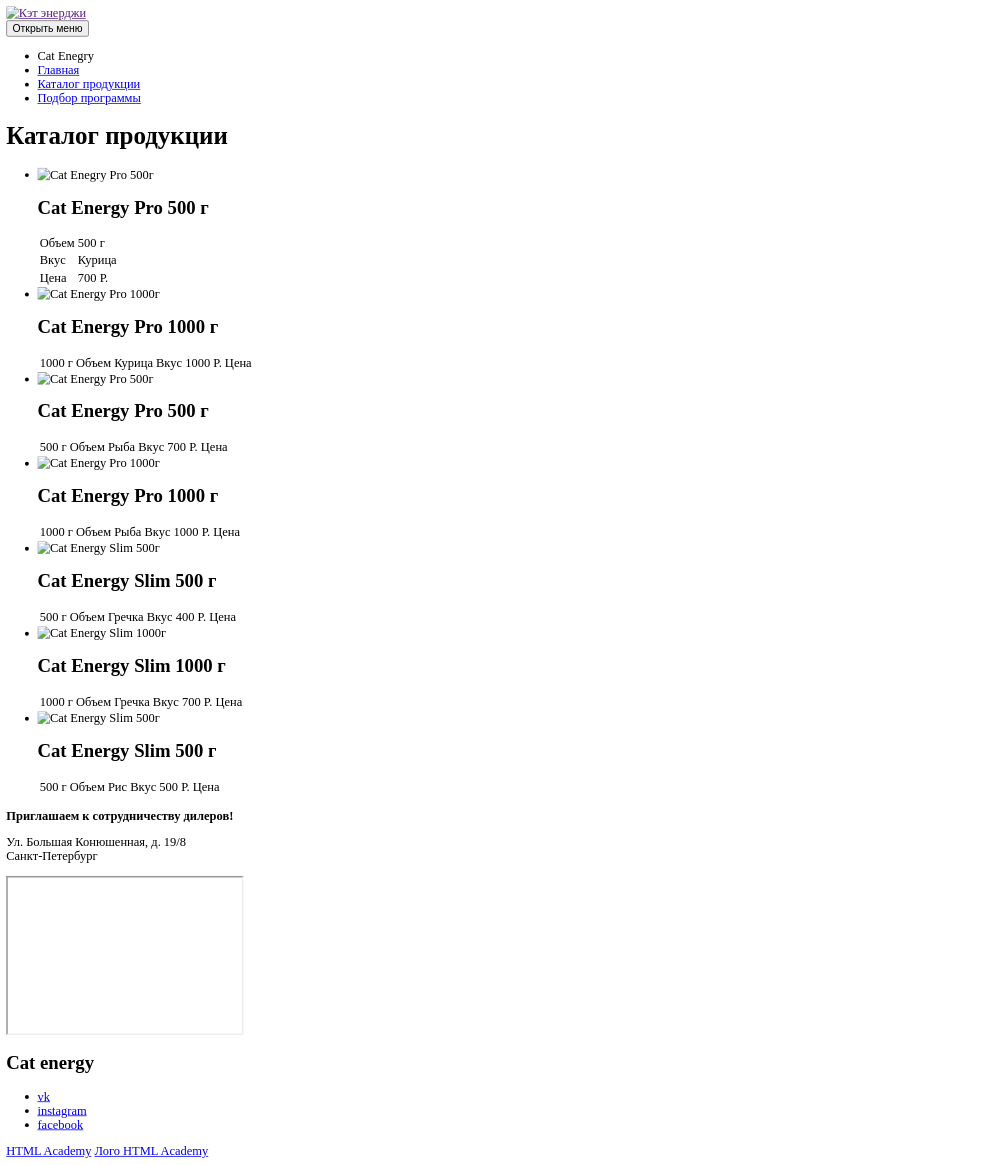
Repository: infernotw/1054987-cat-energy-17
Page: source/catalog.html
These files come from the project's save history. The page is drawn as it stood at one moment and after the next save; the edit follows.
The browser window is 1280 px wide. The pictures show the whole page, at 78% of full size.

Above is the page before, as saved 2019-07-17 05:27:37.

After the next save:
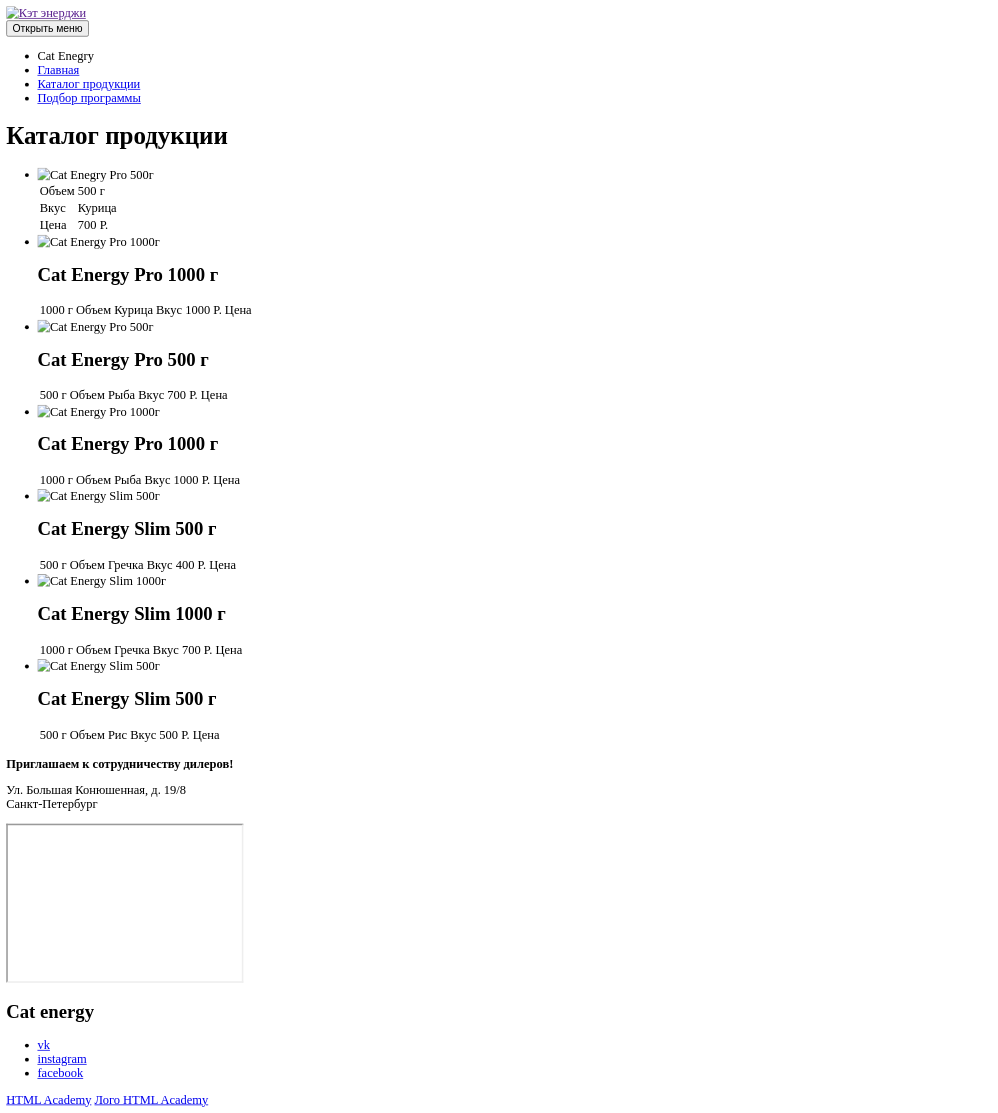
Saved 38 s later.
--- a/source/catalog.html
+++ b/source/catalog.html
@@ -40,8 +40,10 @@
         <ul class="catalog__list">
           <li class="catalog__item">
             <img src="#" alt="Cat Enegry Pro 500г" class="catalog__img">
-            <h2 class="catalog__name">Cat Energy Pro 500 г</h2>
             <table class="catalog__about">
+              <caption>
+
+              </caption>
               <tr>
                 <td class="catalog__field">Объем</td>
                 <td class="catalog__value">500 г</td>
